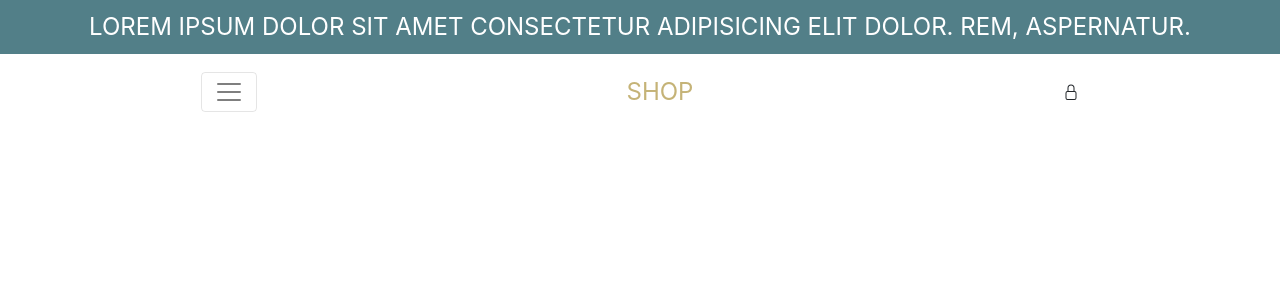
Repository: DaNiels89/frontendassignmentbogbootcamp
Page: index.html
The author's editor kept a copy of each file at every save. The page is drawn from the files as they stood at one save, then again after the next save.
The browser window is 1280 px wide. The pictures show the whole page.

Above is the page before, as saved 2020-03-19 17:58:58.

### index.html
<!DOCTYPE html>
<html lang="en">
  <head>
    <meta charset="UTF-8" />
    <meta name="viewport" content="width=device-width, initial-scale=1.0" />
    <title>Front end Assignment - Carousel</title>
    <link
      rel="stylesheet"
      href="https://stackpath.bootstrapcdn.com/bootstrap/4.3.1/css/bootstrap.min.css"
      integrity="sha384-ggOyR0iXCbMQv3Xipma34MD+dH/1fQ784/j6cY/iJTQUOhcWr7x9JvoRxT2MZw1T"
      crossorigin="anonymous"
    />
    <link rel="stylesheet" href="css/styles.css" />
  </head>
  <body>
    <div class="promotion-bar">
      LOREM IPSUM DOLOR SIT AMET CONSECTETUR ADIPISICING ELIT DOLOR. REM,
      ASPERNATUR.
    </div>

    <div class="pos-f-t">
      <div class="collapse" id="navbarToggleExternalContent">
        <div class="bg-dark p-4">
          <h4 class="text-white">Collapsed content</h4>
          <span class="text-muted">Toggleable via the navbar brand.</span>
        </div>
      </div>
      <nav class="navbar navbar-light bg-white">
        <button
          class="navbar-toggler"
          type="button"
          data-toggle="collapse"
          data-target="#navbarToggleExternalContent"
          aria-controls="navbarToggleExternalContent"
          aria-expanded="false"
          aria-label="Toggle navigation"
        >
          <span class="navbar-toggler-icon"></span>
        </button>

        <div class="navbar-div">SHOP</div>

        <svg
          class="bi bi-lock"
          width="1em"
          height="1em"
          viewBox="0 0 16 16"
          fill="currentColor"
          xmlns="http://www.w3.org/2000/svg"
        >
          <path
            fill-rule="evenodd"
            d="M11.5 8h-7a1 1 0 00-1 1v5a1 1 0 001 1h7a1 1 0 001-1V9a1 1 0 00-1-1zm-7-1a2 2 0 00-2 2v5a2 2 0 002 2h7a2 2 0 002-2V9a2 2 0 00-2-2h-7zm0-3a3.5 3.5 0 117 0v3h-1V4a2.5 2.5 0 00-5 0v3h-1V4z"
            clip-rule="evenodd"
          />
        </svg>
      </nav>
    </div>

    <div class="carousel-div">
      <div class="get-image"><img src="" alt="" /></div>
    </div>
  </body>
</html>

### css/styles.css
* {
  box-sizing: border-box;
  margin: 0;
  padding: 0;
}

/* Promotion bar */
.promotion-bar {
  background-color: rgb(82, 127, 136);
  color: white;
  font-size: 1.5rem;
  text-align: center;
  width: 100%;
  height: auto;
  padding: 9px;
}

/* Navigation bar */
.navbar {
  width: 100%;
  display: flex;
  justify-content: space-around;
  margin: 10px 0;
}

.navbar-div {
  color: rgb(197, 179, 119);
  font-size: 1.5rem;
  text-align: center;
  align-items: center;
  /* width: 50%; */
}

/* Carousel div */
.carousel-div {
}

After the next save:
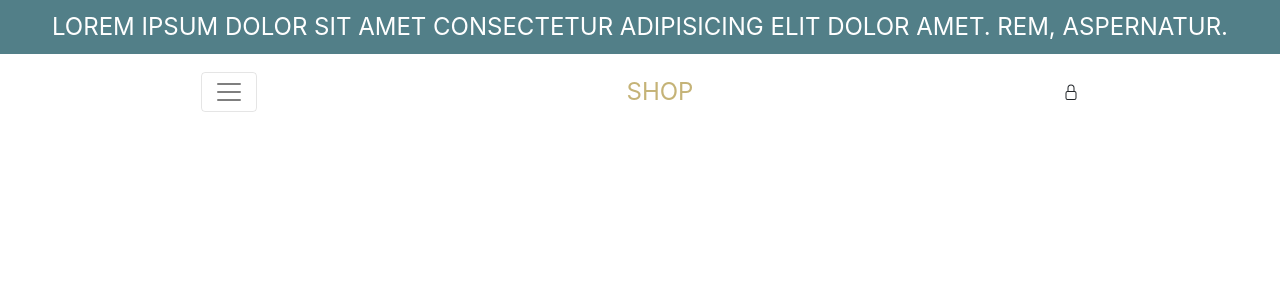
Saved 8 s later.
--- a/index.html
+++ b/index.html
@@ -14,7 +14,7 @@
   </head>
   <body>
     <div class="promotion-bar">
-      LOREM IPSUM DOLOR SIT AMET CONSECTETUR ADIPISICING ELIT DOLOR. REM,
+      LOREM IPSUM DOLOR SIT AMET CONSECTETUR ADIPISICING ELIT DOLOR AMET. REM,
       ASPERNATUR.
     </div>
 
